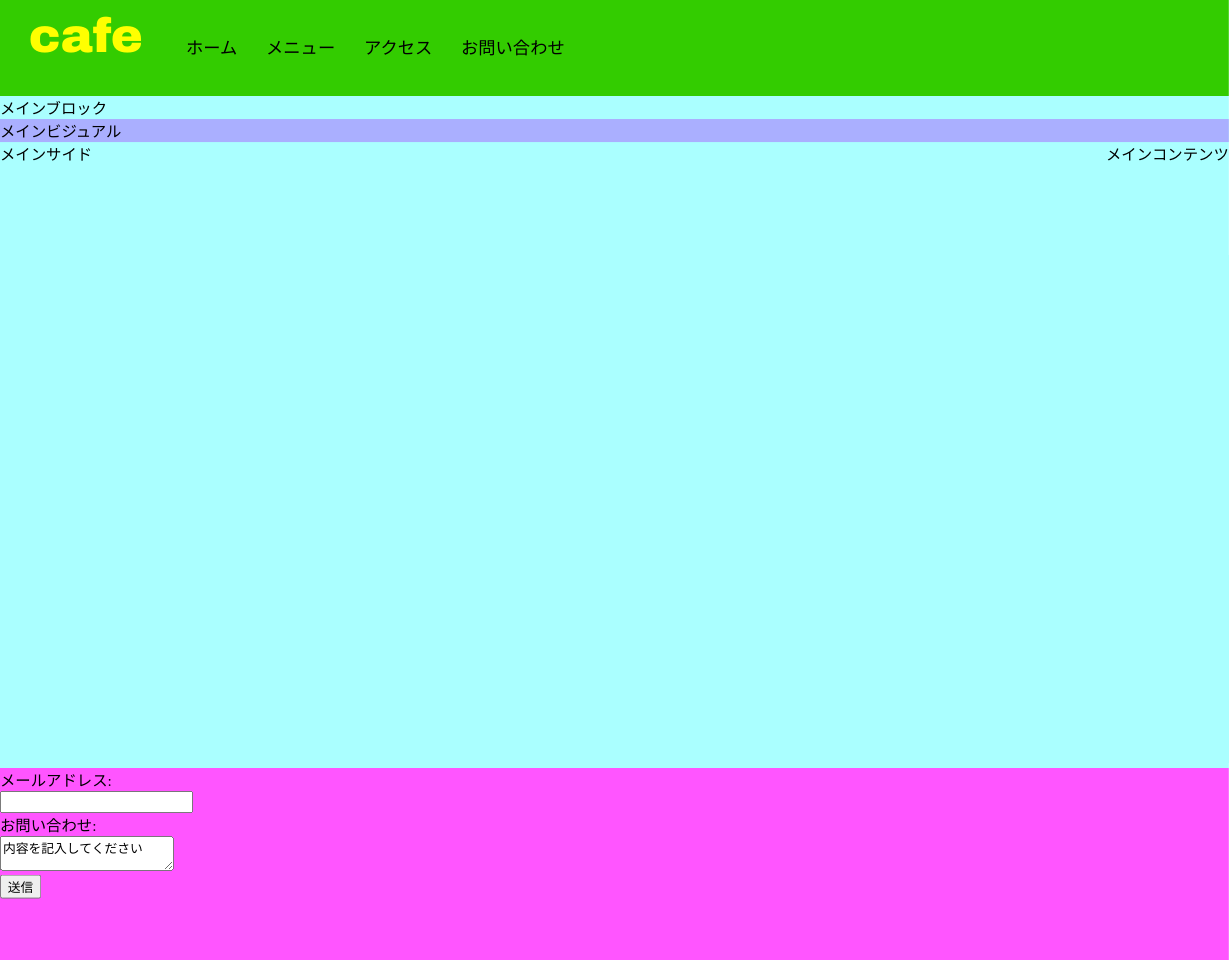
Repository: REO0315/samurai_HTML-CSS
Page: index.html
The author's editor kept a record of every edit. The page is drawn from the files as they stood at one moment, then again after the next edit.
The browser window is 1280 px wide. The pictures show the whole page, at 96% of full size.

Above is the page before.

After the next edit:
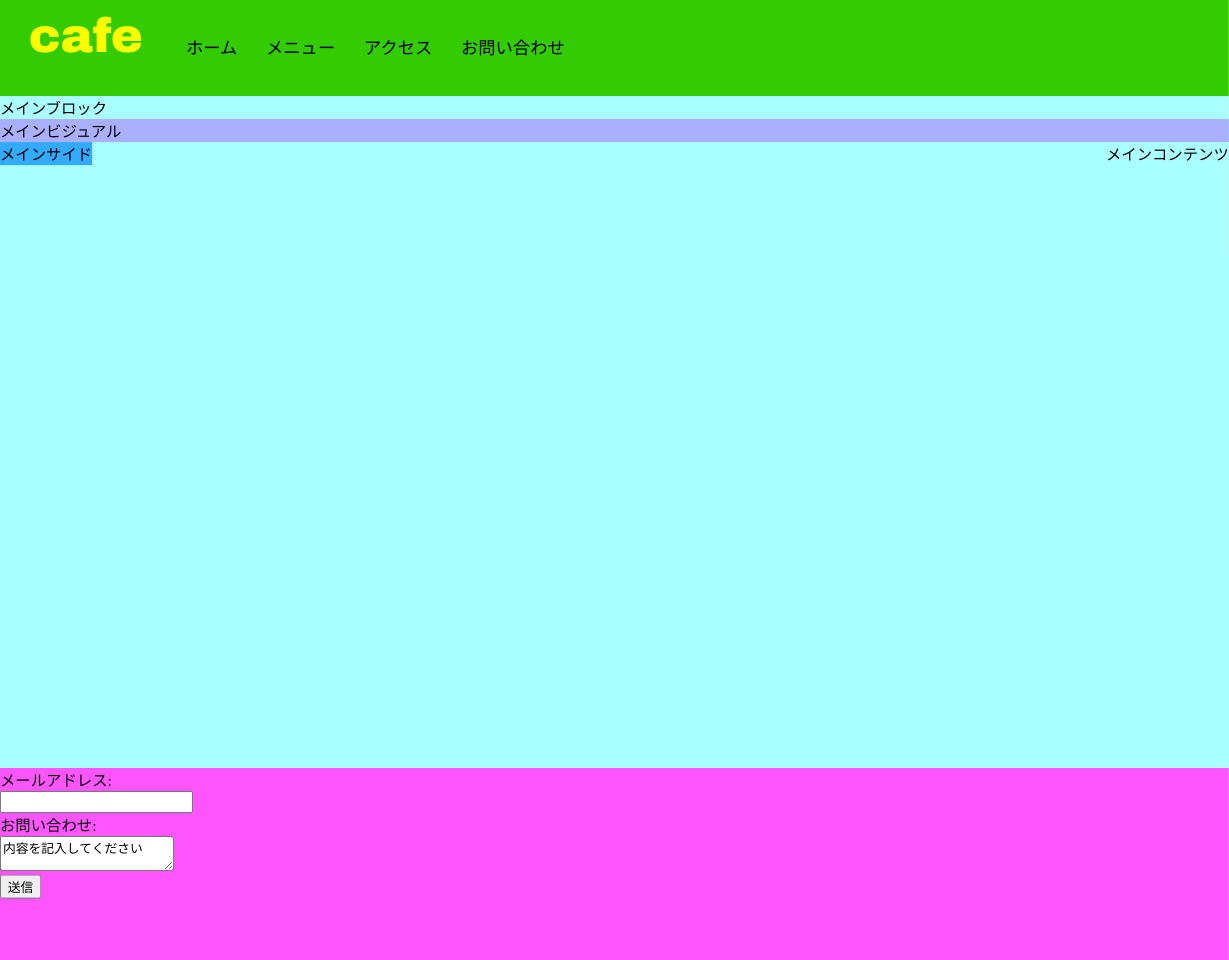
The edit:
--- a/style.css
+++ b/style.css
@@ -46,6 +46,7 @@
 
 .main_side{
     float:left;
+    background-color:#33aaff;
 }
 
 .main_content{
